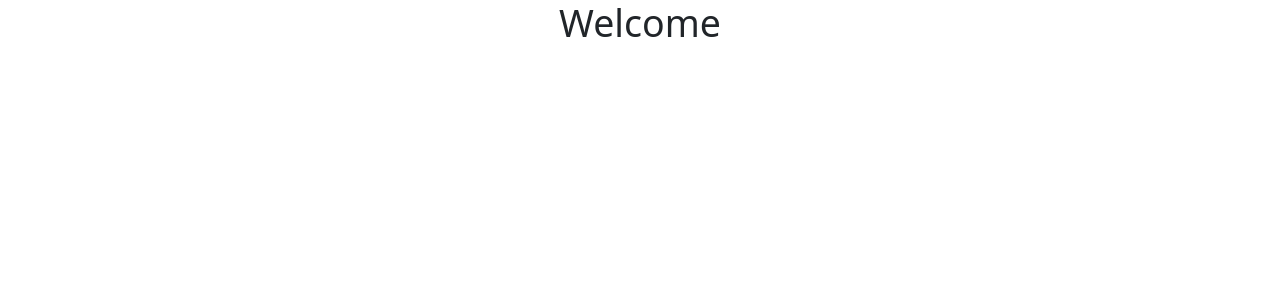
Repository: latenightsnacc/AllinOne
Page: Design/index.html
These files come from the project's save history. The page is drawn as it stood at one moment and after the next save; the edit follows.
The browser window is 1280 px wide. The pictures show the whole page.

Above is the page before, as saved 2020-09-15 15:44:14.

### Design/index.html
<!DOCTYPE html>
<html lang="en">
<head>
    <meta charset="UTF-8">
    <meta name="viewport" content="width=device-width, initial-scale=1.0">
    <!-- Compiled and minified CSS -->
    <link rel="stylesheet" href="https://cdnjs.cloudflare.com/ajax/libs/materialize/1.0.0/css/materialize.min.css">
    <link rel="stylesheet" href="https://stackpath.bootstrapcdn.com/bootstrap/5.0.0-alpha1/css/bootstrap.min.css" integrity="sha384-r4NyP46KrjDleawBgD5tp8Y7UzmLA05oM1iAEQ17CSuDqnUK2+k9luXQOfXJCJ4I" crossorigin="anonymous">
    <title>Welcome Page</title>
</head>
<body>
    <div class="wrapper text-center">
        <h1>Welcome</h1>
    </div>

    <script src="https://cdn.jsdelivr.net/npm/popper.js@1.16.0/dist/umd/popper.min.js" integrity="sha384-Q6E9RHvbIyZFJoft+2mJbHaEWldlvI9IOYy5n3zV9zzTtmI3UksdQRVvoxMfooAo" crossorigin="anonymous"></script>
    <script src="https://stackpath.bootstrapcdn.com/bootstrap/5.0.0-alpha1/js/bootstrap.min.js" integrity="sha384-oesi62hOLfzrys4LxRF63OJCXdXDipiYWBnvTl9Y9/TRlw5xlKIEHpNyvvDShgf/" crossorigin="anonymous"></script>
</body>
</html>

After the next save:
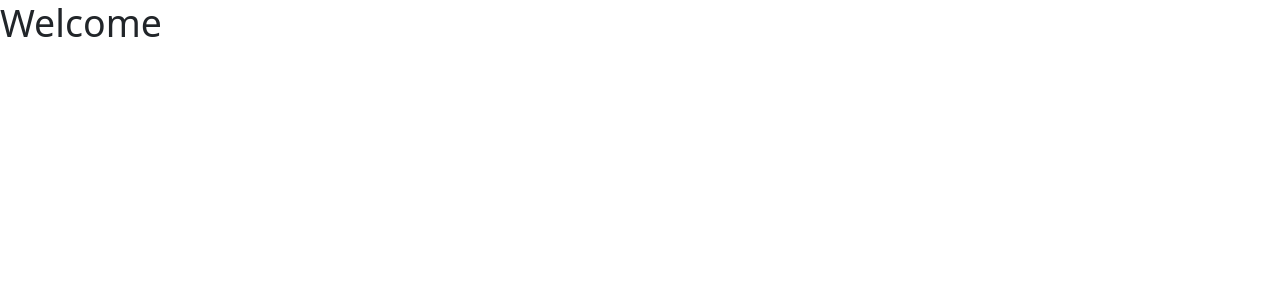
Saved 2 min 16 s later.
--- a/Design/index.html
+++ b/Design/index.html
@@ -9,7 +9,10 @@
     <title>Welcome Page</title>
 </head>
 <body>
-    <div class="wrapper text-center">
+    <div class="sidebar">
+
+    </div>
+    <div class="wrapper">
         <h1>Welcome</h1>
     </div>
 
